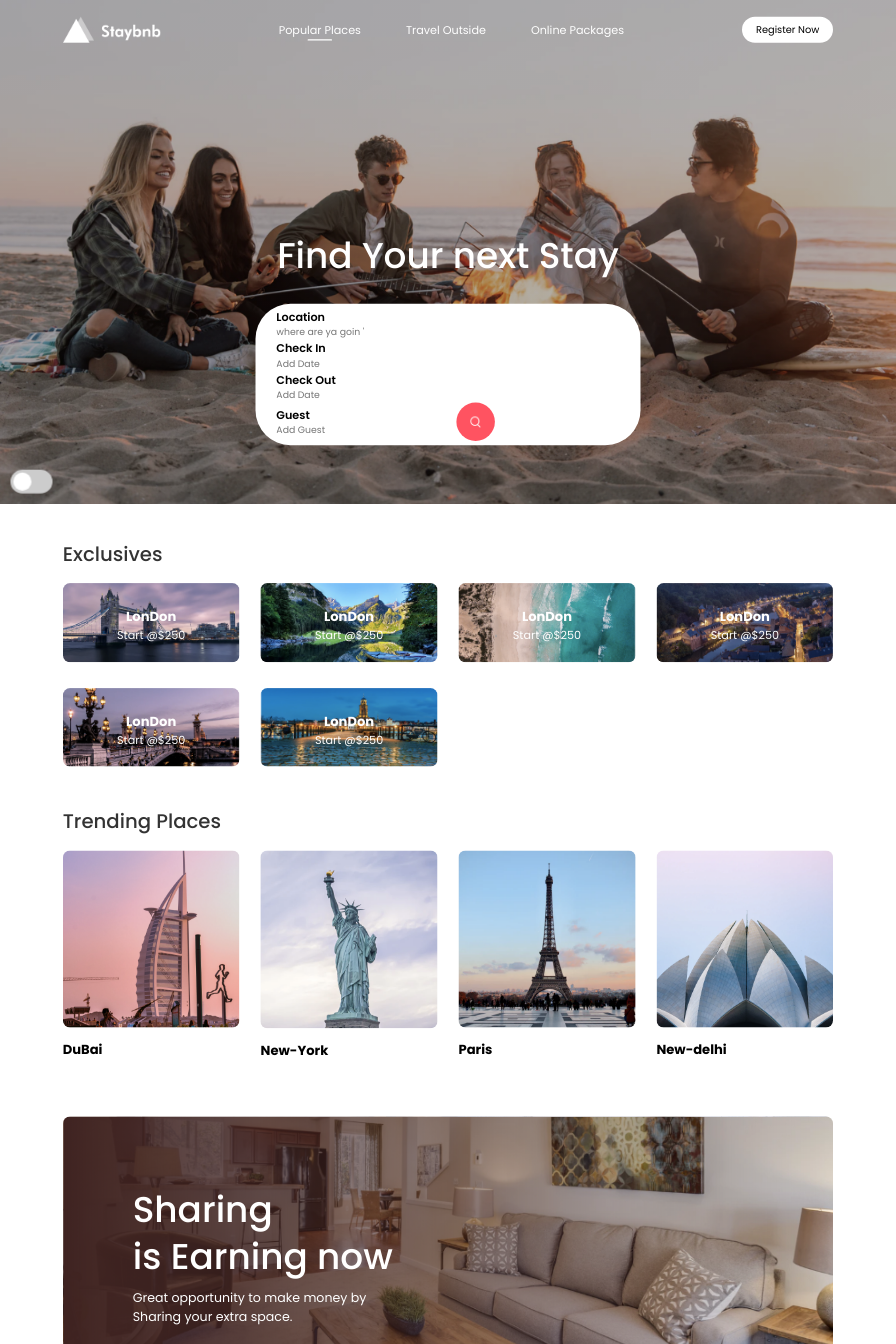
Repository: pinocoding/AirBnB
Page: index.html
The author's editor kept a copy of each file at every save. The page is drawn from the files as they stood at one save, then again after the next save.
The browser window is 1280 px wide. The pictures show the part of the page from y = 0 to 1920 px (the page is 3041 px tall before and 3243 px after), at 70% of full size.

Above is the page before, as saved 2022-02-12 18:52:12.

After the next save:
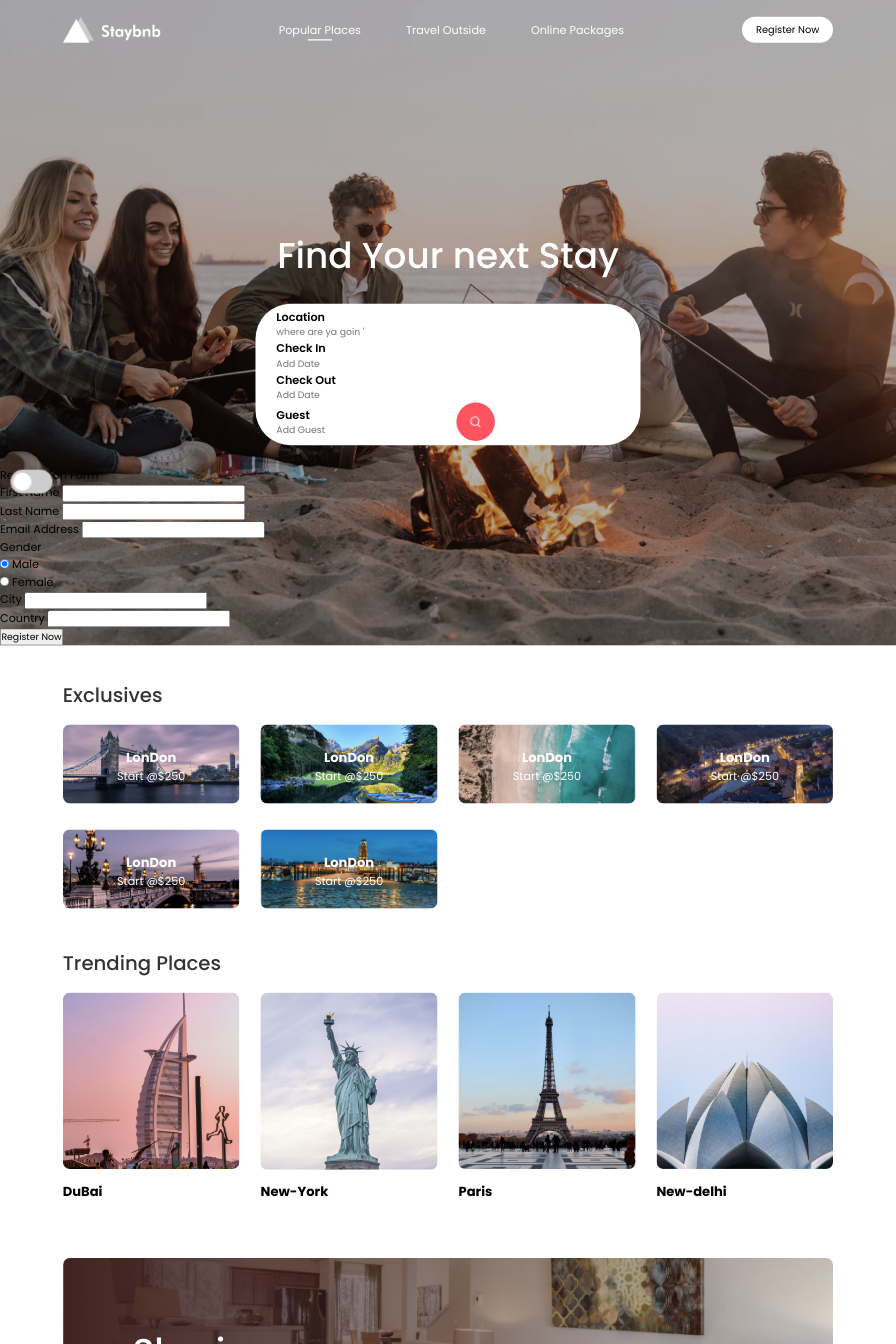
Saved 8 s later.
--- a/index.html
+++ b/index.html
@@ -61,7 +61,60 @@
                 <span class="slider round"></span>
               </label>
             <!-- blem blem blem  -->
-
+            <div class="wrapper">
+                <div class="registration_form">
+                    <div class="title">
+                        Registration Form
+                    </div>
+
+                    <form>
+                        <div class="form_wrap">
+                            <div class="input_grp">
+                                <div class="input_wrap">
+                                    <label for="fname">First Name</label>
+                                    <input type="text" id="fname">
+                                </div>
+                                <div class="input_wrap">
+                                    <label for="lname">Last Name</label>
+                                    <input type="text" id="lname">
+                                </div>
+                            </div>
+                            <div class="input_wrap">
+                                <label for="email">Email Address</label>
+                                <input type="text" id="email">
+                            </div>
+                            <div class="input_wrap">
+                                <label>Gender</label>
+                                <ul>
+                                    <li>
+                                        <label class="radio_wrap">
+                                            <input type="radio" name="gender" value="male" class="input_radio" checked>
+                                            <span>Male</span>
+                                        </label>
+                                    </li>
+                                    <li>
+                                        <label class="radio_wrap">
+                                            <input type="radio" name="gender" value="female" class="input_radio">
+                                            <span>Female</span>
+                                        </label>
+                                    </li>
+                                </ul>
+                            </div>
+                            <div class="input_wrap">
+                                <label for="city">City</label>
+                                <input type="text" id="city">
+                            </div>
+                            <div class="input_wrap">
+                                <label for="country">Country</label>
+                                <input type="text" id="country">
+                            </div>
+                            <div class="input_wrap">
+                                <input type="submit" value="Register Now" class="submit_btn">
+                            </div>
+                        </div>
+                    </form>
+                </div>
+            </div>
 
             <!-- blem blem blem  -->
 
